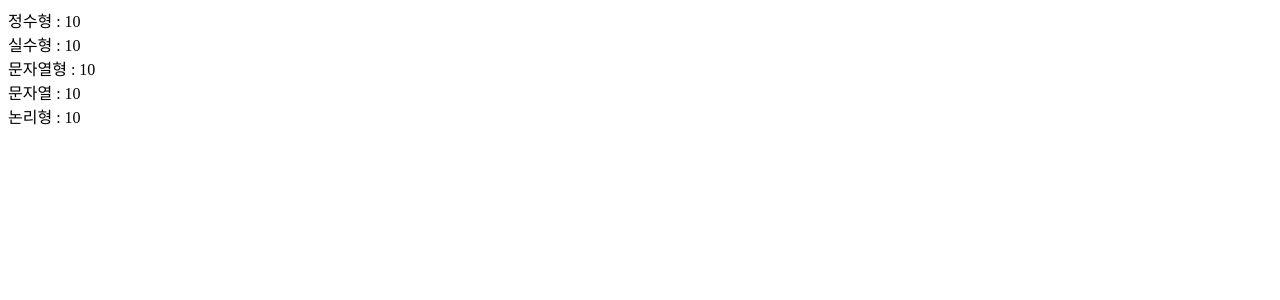
Repository: qldfhr123/Learned_collection
Page: http://localhost/jspExam/el/ex2.jsp
These files come from the project's save history. The page is drawn as it stood at one moment and after the next save; the edit follows.
The browser window is 1280 px wide. The pictures show the whole page.
The page is served by Tomcat 9. Other server files are loaded and not shown.

Above is the page before, as saved 2023-06-27 02:23:55.

### java_workplace/java_workplace/jspExam/src/main/webapp/el/ex2.jsp
<%@ page language="java" contentType="text/html; charset=UTF-8"
    pageEncoding="UTF-8"%>
<!DOCTYPE html>
<html>
<head>
<meta charset="UTF-8">
<title>Insert title here</title>
</head>
<body>

	정수형 : ${10}<br>
	실수형 : ${10}<br>
	문자열형 : ${10}<br>
	문자열 : ${10}<br>
	논리형 : ${10}<br>

</body>
</html>

After the next save:
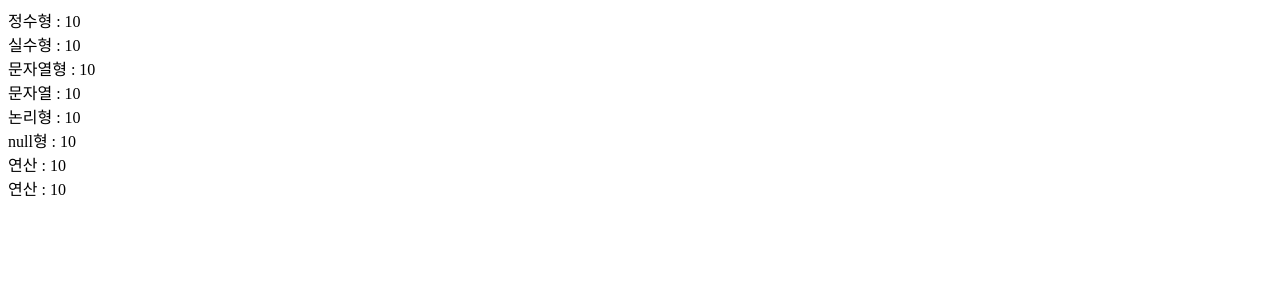
Saved 42 s later.
--- a/java_workplace/java_workplace/jspExam/src/main/webapp/el/ex2.jsp
+++ b/java_workplace/java_workplace/jspExam/src/main/webapp/el/ex2.jsp
@@ -13,6 +13,10 @@
 	문자열형 : ${10}<br>
 	문자열 : ${10}<br>
 	논리형 : ${10}<br>
+	null형 : ${10}<br>
+
+	연산 : ${10}<br>
+	연산 : ${10}<br>
 
 </body>
 </html>
